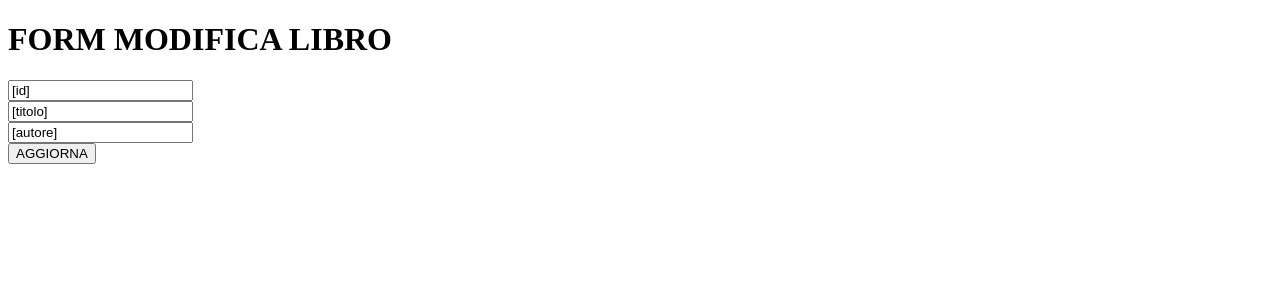
Repository: foferys/DynamicWebProject_DAOLibri_Mappe
Page: DynamicWebProject_DAOLibri_Mappe/WebContent/viste/formmodificalibro.html
The author's editor kept a copy of each file at every save. The page is drawn from the files as they stood at one save, then again after the next save.
The browser window is 1280 px wide. The pictures show the whole page.

Above is the page before, as saved 2024-06-25 09:41:11.

After the next save:
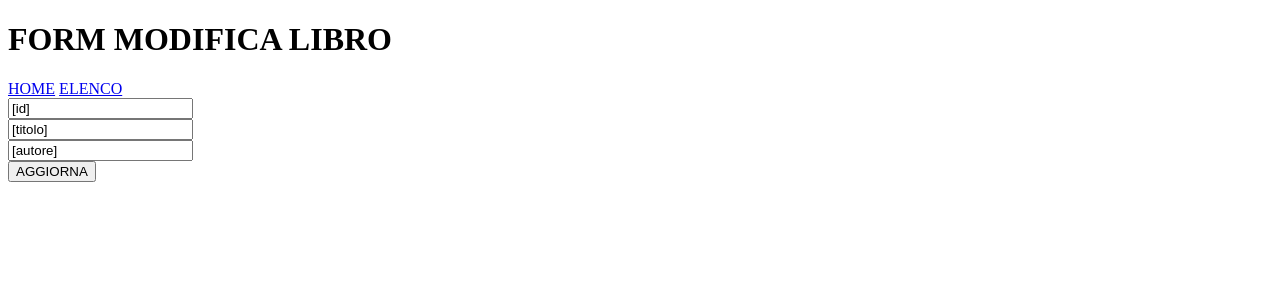
Saved 25 s later.
--- a/DynamicWebProject_DAOLibri_Mappe/WebContent/viste/formmodificalibro.html
+++ b/DynamicWebProject_DAOLibri_Mappe/WebContent/viste/formmodificalibro.html
@@ -6,6 +6,9 @@
 	</head>
 	<body>
 		<h1>FORM MODIFICA LIBRO</h1>
+		<a href="http://localhost:8080/DynamicWebProject_DAOLibri_Mappe/Index?comando=home">HOME</a>
+		<a href="http://localhost:8080/DynamicWebProject_DAOLibri_Mappe/Index?comando=elencolibri">ELENCO</a>
+
 		<form action="Index">
 		 	<input type="hidden" name="comando" value="modificalibro">
 		 	<!-- readonly significa che non può essere modificato -->
